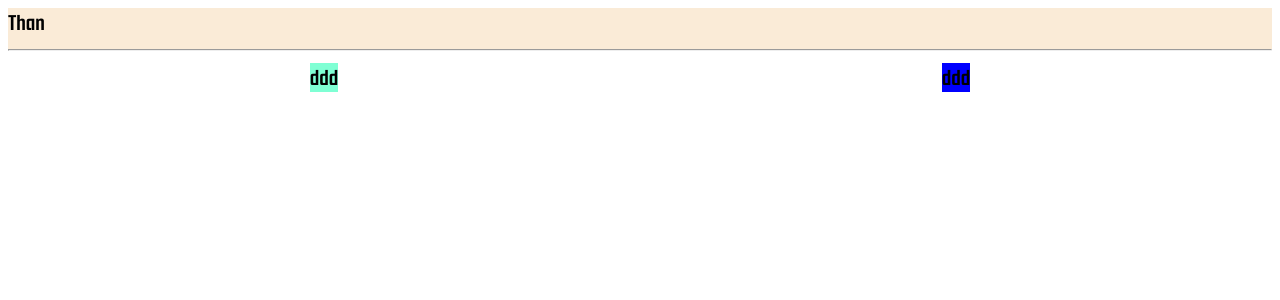
Repository: Than-dot/Than-dot
Page: index.html
These files come from the project's save history. The page is drawn as it stood at one moment and after the next save; the edit follows.
The browser window is 1280 px wide. The pictures show the whole page.

Above is the page before, as saved 2026-04-22 12:25:03.

### index.html
<!doctype html>
<html lang="en">
  <head>
    <meta charset="UTF-8" />
    <meta name="viewport" content="width=device-width, initial-scale=1.0" />
    <title>Than</title>
    <link rel="stylesheet" href="styles/global.css" />
    <link rel="stylesheet" href="styles/index.css" />
  </head>

  <body>
    <header>
      <nav>Than</nav>
      <hr />
    </header>
    <main class="container">
      <article>ddd</article>
      <aside>ddd</aside>
    </main>
  </body>
</html>

### styles/global.css
@font-face {
  font-family: Smooch-Sans;
  src: url(/assets/font/Roboto,Smooch_Sans/Smooch_Sans/SmoochSans-VariableFont_wght.ttf);
}

body {
  font-family: Smooch-Sans, sans-serif;
  font-weight: bold;
  font-size: 1.5rem;
}

### styles/index.css
.container {
  display: grid;
  grid-template-columns: auto auto;
}

header {
  background-color: antiquewhite;
}

article {
  background-color: aquamarine;
  margin: auto;
}

aside {
  background-color: blue;
  margin: auto;
}

After the next save:
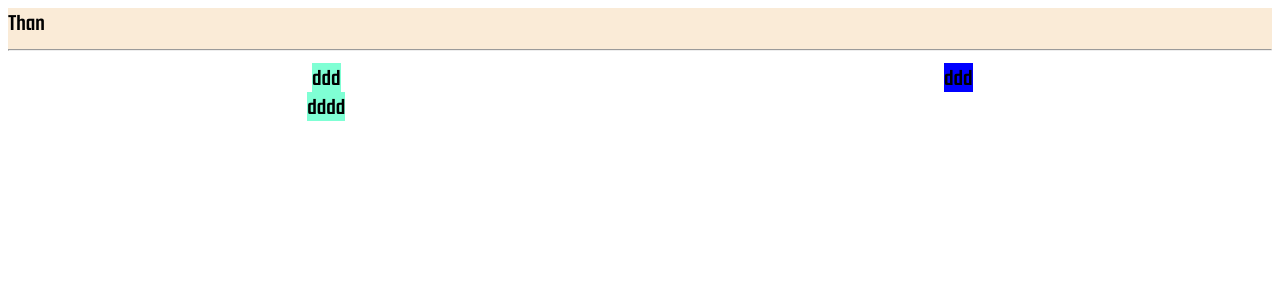
Saved 36 s later.
--- a/index.html
+++ b/index.html
@@ -16,6 +16,7 @@
     <main class="container">
       <article>ddd</article>
       <aside>ddd</aside>
+      <article>dddd</article>
     </main>
   </body>
 </html>
